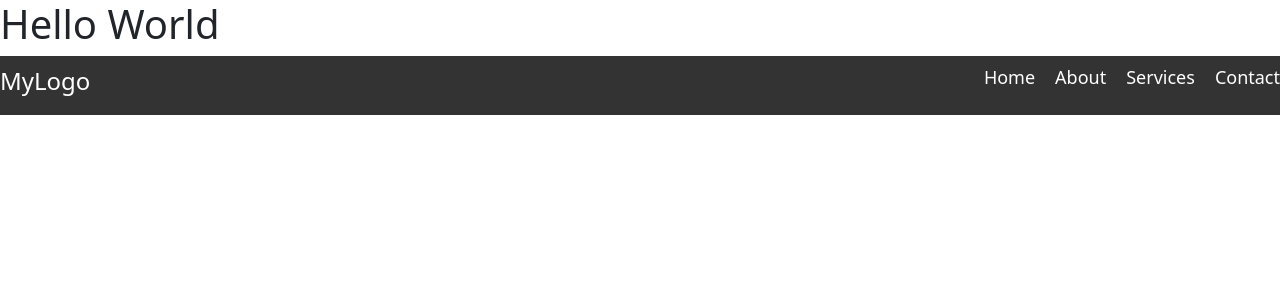
Repository: siva11021992/cvamyapp
Page: /
An editor plug-in stored every save of this project. The page is shown before and after the next save, followed by the edit.
The browser window is 1280 px wide. The pictures show the whole page.
The project was rebuilt for these pictures with package versions that can differ from the ones it lists, and the page was loaded fresh each time.

Above is the page before, as saved 2024-10-09 15:21:06.

After the next save:
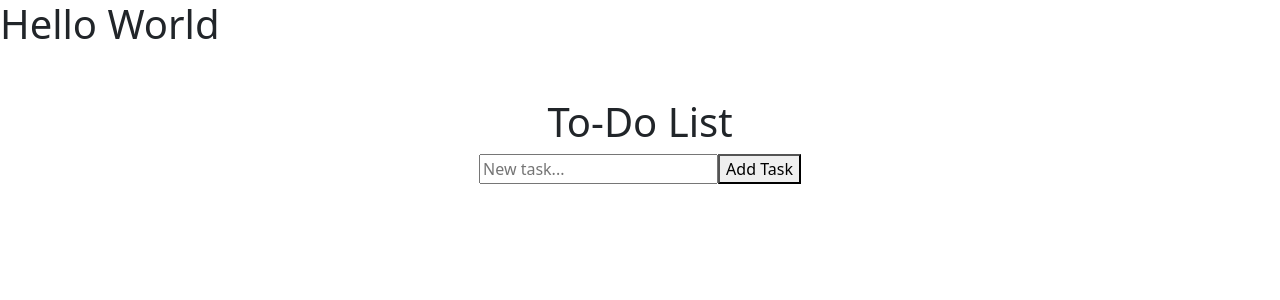
Saved 25 s later.
--- a/src/App.js
+++ b/src/App.js
@@ -13,7 +13,8 @@ import React from 'react';
 // import Contact from './Contact';
 // import About from './About';
 // import CheckBox from './CheckBox';
-import Navbar from './NewBar';
+// import Navbar from './NewBar';
+import LocalStore from './LocalStore';
 
 function App() {
   return (
@@ -28,7 +29,8 @@ function App() {
      {/* <Sidebar/>
      <MyForm/> */}
      {/* <CheckBox/> */}
-     <Navbar/>
+     {/* <Navbar/> */}
+     <LocalStore/>
     </div>
 
   //   <Router>
